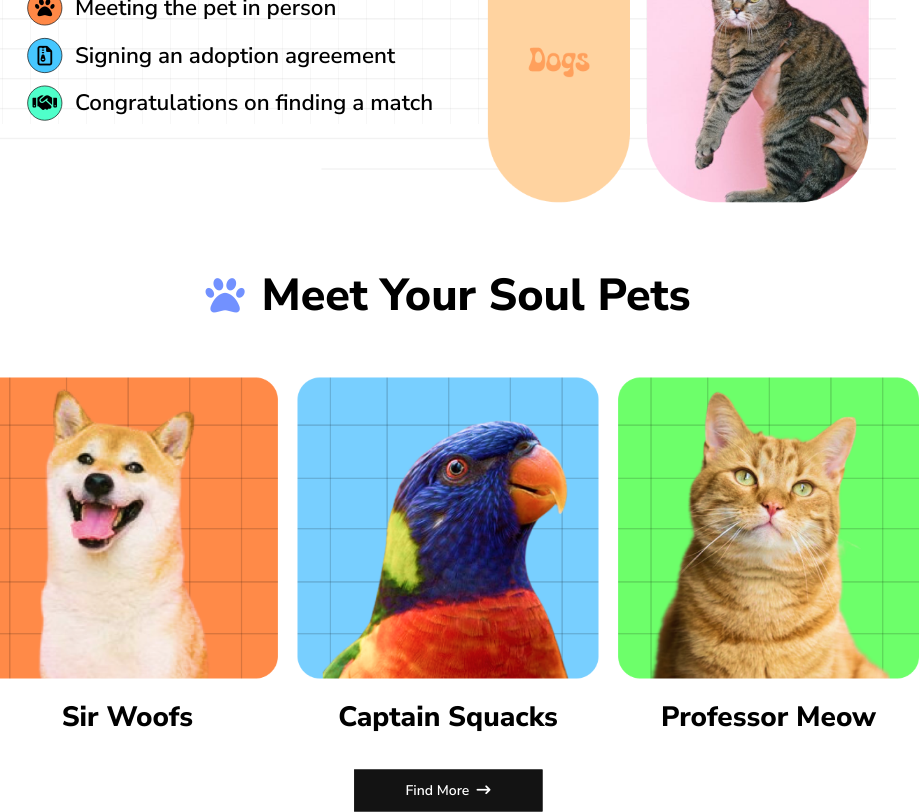
Repository: prashidika/purrfect-pet-adoption
Page: index.html
An editor plug-in stored every save of this project. The page is shown before and after the next save, followed by the edit.
The browser window is 1280 px wide. The page is 1313 px wide, so the pictures cover 1313 px, including what lies to the right of the window. The pictures show the part of the page from y = 1545 to 3425 px (the page is 2705 px tall before and 3425 px after), at 70% of full size.
Some web libraries are served in a nearby version.

Above is the page before, as saved 2025-08-25 14:54:09.

### index.html
<!DOCTYPE html>
<html lang="en">

<head>
    <meta charset="UTF-8" />
    <!-- Use for responsiveness -->
    <meta name="viewport" content="width=device-width, initial-scale=1.0" />
    <!-- link To CSS -->
    <link rel="stylesheet" href="style.css" />
    <!-- link To JS -->
    <script src="index.js" defer></script>
    <!-- For Scroll Reveal -->
    <script src="https://unpkg.com/scrollreveal"></script>
    <!-- For Icons -->
    <link rel="stylesheet" href="https://cdnjs.cloudflare.com/ajax/libs/font-awesome/6.5.2/css/all.min.css"
        integrity="sha512-SnH5WK+bZxgPHs44uWIX+LLJAJ9/2PkPKZ5QiAj6Ta86w+fsb2TkcmfRyVX3pBnMFcV7oQPJkl9QevSCWr3W6A=="
        crossorigin="anonymous" referrerpolicy="no-referrer" />
    <!-- Link For Gsap -->
    <script src="https://cdnjs.cloudflare.com/ajax/libs/gsap/3.12.5/gsap.min.js"
        integrity="sha512-7eHRwcbYkK4d9g/6tD/mhkf++eoTHwpNM9woBxtPUBWm67zeAfFC+HrdoE2GanKeocly/VxeLvIqwvCdk7qScg=="
        crossorigin="anonymous" referrerpolicy="no-referrer"></script>
    <!-- Link For Gsap - Scroll Trigger -->
    <script src="https://cdnjs.cloudflare.com/ajax/libs/gsap/3.12.5/ScrollTrigger.min.js"
        integrity="sha512-onMTRKJBKz8M1TnqqDuGBlowlH0ohFzMXYRNebz+yOcc5TQr/zAKsthzhuv0hiyUKEiQEQXEynnXCvNTOk50dg=="
        crossorigin="anonymous" referrerpolicy="no-referrer"></script>
    <!-- Link For Lenis - Smooth Scrolling -->
    <script src="https://unpkg.com/@studio-freight/lenis@1.0.42/dist/lenis.min.js"></script>
    <!-- Link For Split Type -->
    <script src="https://cdn.jsdelivr.net/npm/split-type@0.3.4/umd/index.min.js"></script>

    <title>Purrfect | Pet Adoption</title>
</head>

<body></body>

</html>

<!-- Navbar -->
<nav>
    <a href="index.html" class="brand">
        <h1>Purr<b class="accent">fect</b></h1>
    </a>

    <div class="menu">
        <div class="btn">
            <i class="fas fa-times close-btn" aria-label="Close menu"></i>
        </div>
        <a href="index.html">Home</a>
        <a href="index.html#pets">Pets</a>
        <a href="index.html#requirements">Requirements</a>
        <a href="index.html#about">About</a>
        <a href="index.html#stories">Stories</a>
    </div>

    <button class="btn-2" onclick="window.location.href='contact.html'">
        <p>Contact Us</p>
        <i class="fa-solid fa-circle-arrow-right"></i>
    </button>

    <div class="btn">
        <i class="fas fa-bars menu-btn" aria-label="Open menu"></i>
    </div>
</nav>
<!-- Navbar End ---->

<!-- Hero Page Section -->
<section class="heropage">
    <div class="hero-headlines">
        <h1>Find Your Purrfect Pet Soul Today!</h1>
        <p>
            Discover Your Perfect Companion in Our Selection of Loving Pets
            Available for Adoption.

        </p>
        <div class="hero-headlines-buttons">
            <button class="btn-3">Our Pets</button>
            <button class="btn-3 btn-transparent">Contact Us</button>
        </div>
    </div>
    <div class="hero-images">
        <img src="img/hero-img-1.png" alt="img" />
        <img src="img/hero-img-2.png" alt="img" />
        <img src="img/hero-img-3.png" alt="img" />
    </div>
</section>

<!-- Hero Page Section End -->

<!-- Requirement Section -->

<section class="requirements" id="requirements">
    <div class="requirements-headlines">
        <p>Our process is simple and filled with joy every step of the way</p>

        <div class="r-item-container">
            <!-- r item 1 -->
            <div class="r-item">
                <div class="r-logo" style="background-color: #b9ff46">
                    <i class="fa-regular fa-newspaper"></i>
                </div>
                <h5>Submitting an application</h5>
            </div>
            <!-- r item 2 -->
            <div class="r-item">
                <div class="r-logo" style="background-color: #fff846">
                    <i class="fa-solid fa-phone"></i>
                </div>
                <h5>Attending a online interview</h5>
            </div>

            <!-- r item 3 -->
            <div class="r-item">
                <div class="r-logo" style="background-color: #ff8846">
                    <i class="fa-solid fa-paw"></i>
                </div>
                <h5>Meeting the pet in person</h5>
            </div>

            <!-- r item 4 -->
            <div class="r-item">
                <div class="r-logo" style="background-color: #46c7ff">
                    <i class="fa-regular fa-file-zipper"></i>
                </div>
                <h5>Signing an adoption agreement</h5>
            </div>

            <!-- r item 5 -->
            <div class="r-item">
                <div class="r-logo" style="background-color: #4fffca">
                    <i class="fa-solid fa-handshake"></i>
                </div>
                <h5>Congratulations on finding a match</h5>
            </div>
        </div>
    </div>
    <img src="img/requirements-img.png" alt="img" />
</section>
<!-- Requirement Section End -->


<!-- Pets Section -->
<!-- Pets Section -->
<section class="pets" id="pets">
    <div class="pets-headlines">
        <i class="fa-solid fa-paw"></i>
        <h1>Meet Your Soul Pets</h1>
    </div>

    <div class="pets-collection">
        <div class="pet-item">
            <img src="img/pet-item-1.png" alt="Sir Woofs" />
            <h3>Sir Woofs</h3>
        </div>
        <div class="pet-item">
            <img src="img/pet-item-2.png" alt="Sir Woofs" />
            <h3>Captain Squacks</h3>
        </div>
        <div class="pet-item">
            <img src="img/pet-item-3.png" alt="Sir Woofs" />
            <h3>Professor Meow</h3>
        </div>
    </div>
    </div>

    <button class="btn-3 btn-pets">
        <p>Find More</p>
        <i class="fa-solid fa-arrow-right-long"></i>
    </button>
</section>
</section>







<!-- Pets Section End -->

</body>

</html>

### style.css
@import url("https://fonts.googleapis.com/css2?family=Nunito+Sans:ital,opsz,wght@0,6..12,200..1000;1,6..12,200..1000&display=swap");

* {
    margin: 0;
    padding: 0;
    box-sizing: border-box;
    font-family: "Nunito Sans", sans-serif;
}

:root {
    --accent: #ff9a24;
    --black: #131313;
}

body {
    min-height: 100vh;
}

section {
    min-width: 100%;
    min-height: 100vh;
    background-repeat: no-repeat;
    background-position: center;
    background-size: cover;
}

/* Navbar Section */
nav {
    z-index: 999;
    position: fixed;
    top: 0;
    left: 0;
    width: 100%;
    /* Added % */
    display: flex;
    justify-content: space-between;
    align-items: center;
    /* Fixed typo: 'centre' → 'center' */
    color: var(--black);
    background-color: white;
    padding: 30px 50px;
    transition: all 0.4s ease-out;
    filter: drop-shadow(5px 5px 10px transparent);
}

nav.sticky {
    background-color: white;
    filter: drop-shadow(5px 5px 10px #ffbe745e);
}

.brand {
    text-decoration: none;
    transition: all ease-in-out 0.3s;
    color: var(--black);
}

.brand h1 {
    font-size: 32px;
    font-weight: 900;
}

.accent {
    color: var(--accent);
}

.brand:hover {
    /* Fixed typo: 'brand.hover' → 'brand:hover' */
    opacity: 0.8;
}

.menu {
    display: flex;
    justify-content: center;
    /* Fixed typo: 'centre' → 'center' */
    align-items: center;
    gap: 42px;
}

.menu a {
    display: inline-block;
    position: relative;
    color: var(--black);
    text-decoration: none;
    font-size: 24px;
    font-weight: 400;
    border-radius: 32px;
    background-color: white;
    padding: 10px;
    transition: all 0.2s ease-out;
}

.menu a:hover {
    background-color: var(--accent);
    color: white;
}

.btn {
    color: white;
    font-size: 25px;
    cursor: pointer;
    display: none;
}

.btn-2 {
    display: flex;
    align-items: center;
    /* Fixed typo: 'centre' → 'center' */
    gap: 14px;
    font-size: 24px;
    font-weight: 500;
    color: var(--black);
    transition: all ease-in-out 0.2s;
    background-color: transparent;
    border: none;
    cursor: pointer;
}

.btn-2 i {
    font-size: 32px;
    transition: all 0.2s ease-out;
}

/* Fixed typo: '.btn2:hover i' → '.btn-2:hover i' */
.btn-2:hover i {
    color: var(--accent);
}

.btn-2:hover {
    gap: 10px;
}

/* ----------------- Hero Section ----------------- */
.heropage {
    margin-top: 150px;
    display: flex;
    flex-direction: column;
    align-items: center;
    background-image: url("img/hero-background-image.png");
    background-size: cover;
    background-position: center;
    padding: 100px 20px;
}

.hero-headlines {
    display: flex;
    flex-direction: column;
    align-items: center;
    width: 750px;
    text-align: center;
}

.hero-headlines h1 {
    font-size: 64px;
    font-weight: 900;
    margin-bottom: 20px;
    color: var(--black);
}

.hero-headlines p {
    font-size: 24px;
    font-weight: 600;
    margin-bottom: 40px;
    color: var(--black);
}

/* Hero Buttons */
.hero-headlines-buttons {
    display: flex;
    gap: 20px;
    flex-wrap: wrap;
}

.btn-3 {
    width: 205px;
    height: 53px;
    background-color: var(--black);
    font-size: 20px;
    font-weight: 600;
    color: white;
    border-radius: 12px;
    border: 1px solid var(--black);
    cursor: pointer;
    transition: all 0.2s ease-out;
}

.btn-3:hover {
    background-color: var(--accent);
    border-color: var(--accent);
}

/* Transparent Button */
.btn-transparent {
    background-color: transparent;
    color: var(--black);
    border: 1px solid var(--black);
}

.btn-transparent:hover {
    background-color: var(--accent);
    color: white;
    border-color: var(--accent);
}

/* Hero Images */
.hero-images {
    display: flex;
    margin-top: 56px;
    gap: 35px;
}

/* Requirements Section */
.requirements {
    margin-top: 50px;
    align-items: center;
    justify-content: center;
    display: flex;
    background-image: url("img/requirements-background-img.png");
}

.requirements-headlines {
    width: 658px;
}

.requirements-headlines h1 {
    font-size: 96px;
    font-weight: 900;
}

.requirements-headlines p {
    font-size: 32px;
    font-weight: 600;
    margin-bottom: 49px;
}

.r-item-container {
    display: flex;
    flex-direction: column;
    gap: 18px;
}

.r-item {
    display: flex;
    align-items: center;
    gap: 18px;
}

.r-logo {
    width: 50px;
    height: 50px;
    border: 1px solid var(--black);
    border-radius: 100%;
    display: flex;
    align-items: center;
    justify-content: center;
}

.r-logo i {
    font-size: 28px;
}

.r-item h5 {
    font-size: 32px;
    font-weight: 600;
}

/* Pets Section */
.pets {
    display: flex;
    flex-direction: column;
    align-items: center;
    margin-top: 74px;
}

.pets-headlines {
    display: flex;
    justify-content: center;
    align-items: center;
    gap: 24px;
}

.pets-headlines i {
    font-size: 56px;
    color: #7291ff;
}

.pets-headlines h1 {
    font-size: 64px;
    font-weight: 800;
}

.pets-collection {
    display: flex;
    gap: 28px;
    margin-top: 74px;
}

.pet-item {
    display: flex;
    flex-direction: column;
    align-items: center;
    gap: 28px;
    transition: 0.5s ease-out;
}

.pet-item h3 {
    font-size: 40px;
    font-weight: 800;
}

.btn-pets {
    width: 269px;
    height: 60px;
    /* added px */
    display: flex;
    align-items: center;
    justify-content: center;
    gap: 10px;
    border-radius: 0px;
    margin-top: 48px;
}

### index.js
// NAVBAR
const navbar = document.querySelector("nav");

// Scroll effect
window.addEventListener("scroll", () =>
    navbar.classList.toggle("sticky", window.scrollY > 0)
);

// Menu toggle
const menu = document.querySelector(".menu");
const toggleMenu = () => menu.classList.toggle("active");

// Event listeners for open/close menu
document.querySelector(".menu-btn").addEventListener("click", toggleMenu);
document.querySelector(".close-btn").addEventListener("click", toggleMenu);

// Close menu when clicking a link
document
    .querySelectorAll(".menu a")
    .forEach((link) => link.addEventListener("click", toggleMenu));

After the next save:
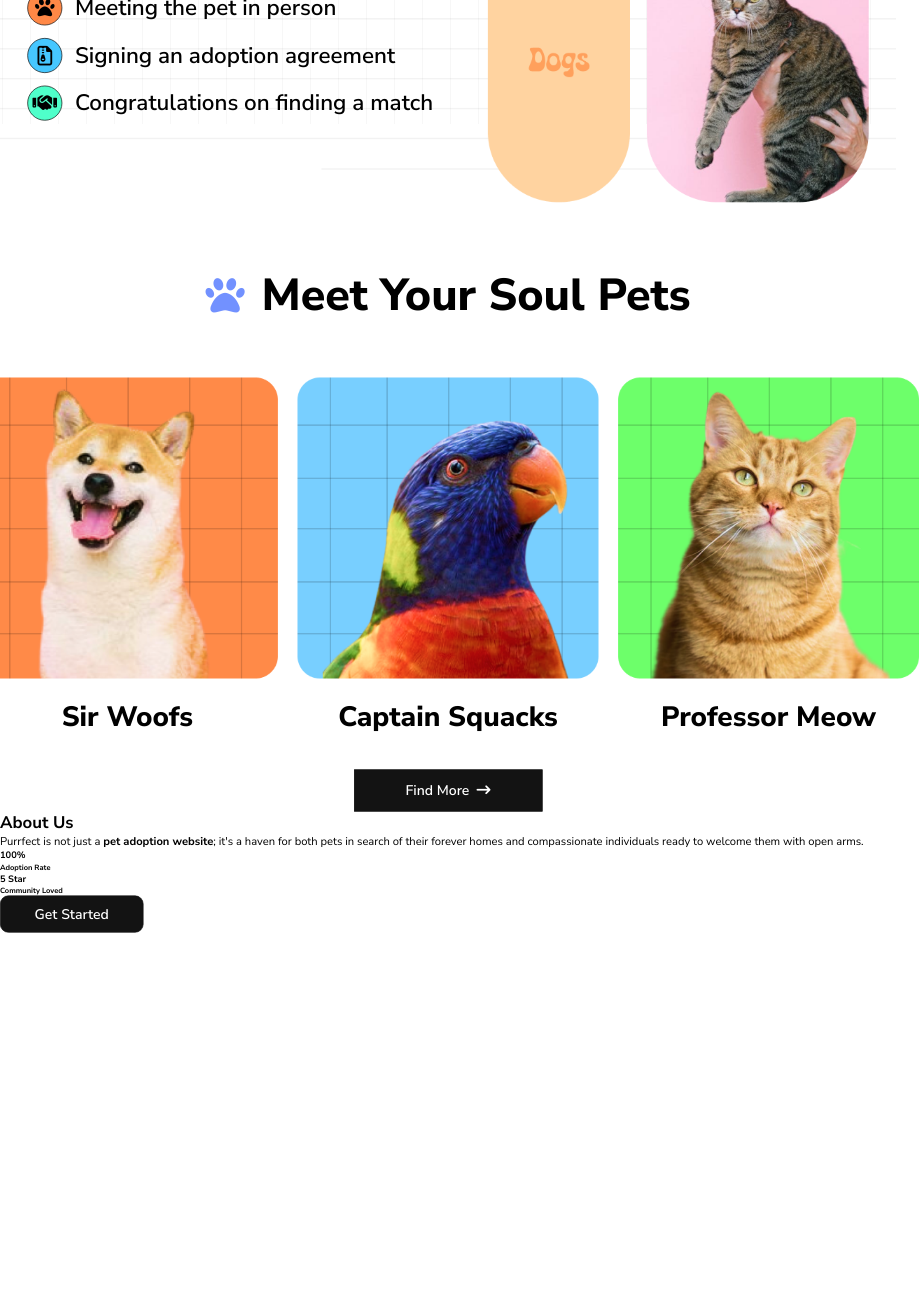
Saved 21 min 57 s later.
--- a/index.html
+++ b/index.html
@@ -168,15 +168,40 @@
     </button>
 </section>
 </section>
-
-
-
-
-
-
-
 <!-- Pets Section End -->
 
+<!-- About Section -->
+
+
+<section class="about" id="about">
+    <div class="about-headlines">
+        <h1>About Us</h1>
+        <p class="reveal-type" data-bg-color="#cccccc" data-fg-color="black">
+            Purrfect is not just a <b>pet adoption website</b>; it's a haven for both
+            pets in search of their forever homes and compassionate individuals ready
+            to welcome them with open arms.
+        </p>
+    </div>
+
+    <div class="about-info-divider">
+        <div class="about-info-item">
+            <h5>100%</h5>
+            <h6>Adoption Rate</h6>
+        </div>
+        <div class="about-info-divider">
+            <div class="about-info-item">
+                <h5>5 Star</h5>
+                <h6>Community Loved</h6>
+            </div>
+        </div>
+    </div>
+    <button class="btn-3">Get Started</button>
+
+</section>
+<!-- About Section End -->
+
+
+
 </body>
 
 </html>
